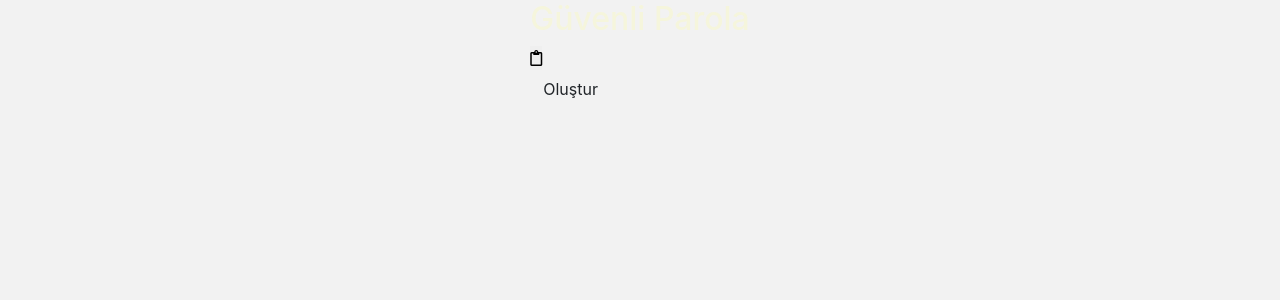
Repository: DogukanSAVA/SecurityKey
Page: index.html
An editor plug-in stored every save of this project. The page is shown before and after the next save, followed by the edit.
The browser window is 1280 px wide. The pictures show the whole page.
Some web libraries are served in a nearby version.

Above is the page before, as saved 2021-09-20 13:49:18.

After the next save:
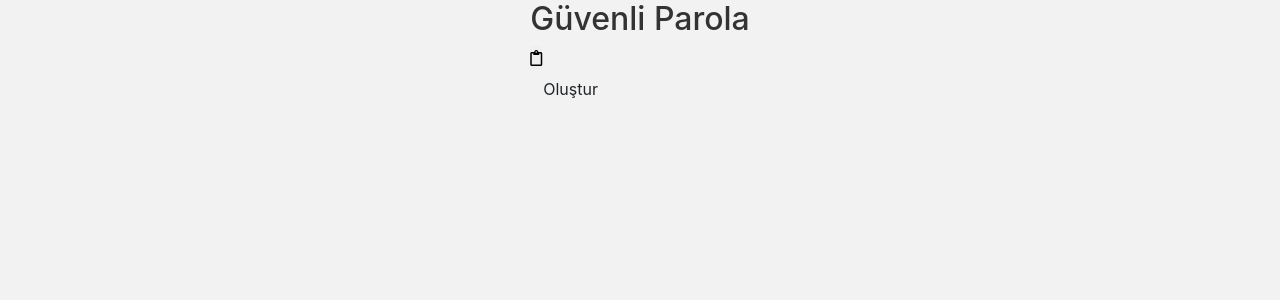
Saved 5 s later.
--- a/style.css
+++ b/style.css
@@ -10,5 +10,5 @@
   flex-direction: column;
   align-items: center;
   background-color: #f2f2f2;
-  color: beige;
+  color: #333;
 }
